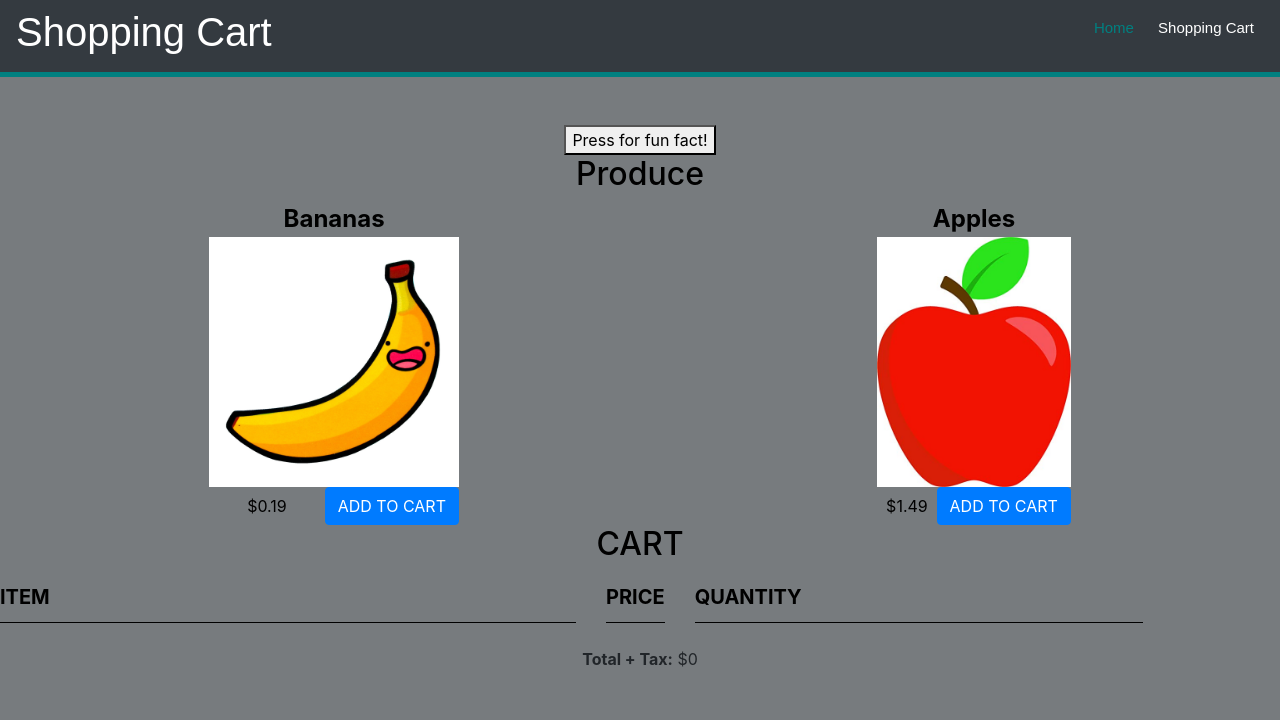
Repository: ElijahHallera/336-Internet-Prog
Page: cst336_s2020Assignment2-master/cst336_s2020Assignment2-master/shoppingcart.html
The author's editor kept a record of every edit. The page is drawn from the files as they stood at one moment, then again after the next edit.
The browser window is 1280 px wide. The pictures show the whole page.

Above is the page before.

### cst336_s2020Assignment2-master/cst336_s2020Assignment2-master/shoppingcart.html
<!DOCTYPE html>
<html>
    <head>
        <meta charset = "utf-8">
        <title>Project 2</title>
        <link href="https://stackpath.bootstrapcdn.com/bootstrap/4.4.1/css/bootstrap.min.css"
        rel="stylesheet"
        integrity="sha384-Vkoo8x4CGsO3+Hhxv8T/Q5PaXtkKtu6ug5TOeNV6gBiFeWPGFN9MuhOf23Q9Ifjh"
        crossorigin="anonymous">
        <link href="https://fonts.googleapis.com/css?family=Raleway&display=swap" rel="stylesheet">
        <script src="https://ajax.aspnetcdn.com/ajax/jQuery/jquery-3.4.1.min.js"></script>
        <script src = "https://cdnjs.cloudflare.com/ajax/libs/underscore.js/1.9.1/underscore-min.js"></script>
        <link href = "css/app.css" rel = "stylesheet" type = "text/css">
        <script src = "js/javascript.js" async></script>
    </head>

    <body class = "text-center">
        <header id = "shoppingHEADER">
            <nav class="navbar navbar-dark bg-dark">
              <h1> Shopping Cart </h1>
                    <ul>
                        <li> <a href = "index.html" class = "shoppingA"> Home </a> </li>
                        <li> <a href = "shoppingcart.html" id = "currentPage" class = "shoppingA"> Shopping Cart </a> </li>
                    </ul>
            </nav>
        </header>
		</br>
		</br>

		<button id = "fun-fact"> Press for fun fact! </button>

        <section>
            <h2>Produce</h2>
            <div class="items">
            <div>
                <span class="title">Bananas</span>
                <img class="food_image" src="images/banana-sticker.jpg">
                <div class="details">
                    <span class="shop_price">$0.19</span>
                    <button class="btn btn-primary shop_button" type="button">ADD TO CART</button>
            </div>

            </div>
            <div>
                <span class="title">Apples</span>
                <img class="food_image" src="images/Apple.jpg">
                <div class="details">
                    <span class="shop_price">$1.49</span>
                    <button class="btn btn-primary shop_button" type="button">ADD TO CART</button>
                </div>
            </div>
            </div>
        </section>

        <section>
            <h2>CART</h2>
            <div class="list">
                <span class="cart-item cart-header cart-column">ITEM</span>
                <span class="cart-price cart-header cart-column">PRICE</span>
                <span class="cart-quantity cart-header cart-column">QUANTITY</span>
            </div>
            <div class="cart-items">
            </div>
            </br>
            <div class="cart-total">
                <strong class="cart-total-title">Total + Tax:</strong>
                <span class="total-price">$0</span>
            </div>
            </br>
            </br>
        </section>

    </body>
</html>

### cst336_s2020Assignment2-master/cst336_s2020Assignment2-master/css/app.css
body{
    background-color: #777B7E;
}

h2{
    color: black;
}

h5{
    font-family: "Montserrat", sans-serif;
    color: black;
    font-size: 50px;
}

p{
    font-family: "Montserrat", sans-serif;
    font-size: 20px;
    color: black;
}

header {
    color: white;
    font-family: "Montserrat", sans-serif;
    font-size: 15px;
    justify-content: space-between;
    align-items: center;
    border-bottom: 5px solid #86C232;
}

nav li:hover{ /*pseudo class*/
    font-size: 1.10em;
    transition: .9s; /* transition effect */
}

li {
    list-style: none; /*gets rid of bullet points*/
    display: inline-block; /* allows me to get horizontal tabs */
    padding-left: 10px;
    padding-right: 10px;
}

a { /* links within "nav" container */
    font-size: 1em;
    color: #86C232; /* by default, links are blue */
    border-radius: 15px;
    justify-content: space-between;
}

.shoppingA{
    font-size: 1em;
    color: teal; /* by default, links are blue */
    border-radius: 15px;
    justify-content: space-between;
}

.homeA{
    font-size: 1em;
    color: red; /* by default, links are blue */
    border-radius: 15px;
    justify-content: space-between;
}

.flex-container {
	display: flex;
	flex-wrap: wrap;
	flex-direction: row;
	justify-content: center;
}

.flex-item {
	width: 25%;
	margin: 10px;
}

.flex-item > img {
	width: 50%;
}

.shop-item {
    margin: 30px;
}

.title {
    display: block;
    width: 100%;
    text-align: center;
    font-weight: bold;
    font-size: 1.5em;
    color: black;
}

.food_image { /* makes each image the same height */
    height: 250px;
}

.details {
    display: flex;
    align-items: center;
}

.shop_price { /* makes price black */
    flex-grow: 1;
    color: black;
}

.items { /* puts the items next to eachother */
    display: flex;
    flex-wrap: wrap;
    justify-content: space-around;
}

.cart-header {
    font-weight: bold;
    font-size: 1.25em;
    color: black;
}

.cart-column {
    display: flex;
    align-items: center;
    border-bottom: 1px solid black;
    margin-right: 1.5em;
    padding-bottom: 10px;
    margin-top: 10px;
}

.list { /* puts the items in a column */
    display: flex;
}

.cart-item {
    width: 45%;
}

.cart-quantity {
    width: 35%;
}

.cart-item-image { /*makes image smaller in cart */
    width: 75px;
    height: auto;
    border-radius: 10px;
}

.cart-total-price { /* makes the price black and increase size a bit */
    color: black;
    font-size: 1.1em;
}

#quantity{
    display: flex;
	flex-direction: row;
	align-items: center;
	justify-content: space-between;
}

#currentPage {
    font-size: 1em;
    text-decoration: none; /* removes underline */
    color: white; /* by default, links are blue */
}


#shoppingHEADER{
    color: white;
    font-family: "Montserrat", sans-serif;
    font-size: 15px;
    justify-content: space-between;
    align-items: center;
    border-bottom: 5px solid teal;
}

#homeHEADER{
    color: white;
    font-family: "Montserrat", sans-serif;
    font-size: 15px;
    justify-content: space-between;
    align-items: center;
    border-bottom: 5px solid red;
}

### cst336_s2020Assignment2-master/cst336_s2020Assignment2-master/js/javascript.js
$("#banana-fact").on('click', function(){
	$(this).html("A green banana has very high starch content – as the fruit yellows, this starch turns into sugars.");
	$(this).css("background-color", "yellow");
	$(this).css("color", "black");
});

$("#apple-fact").on('click', function(){
	$(this).html(" If you’ve ever wondered why apples float it’s because they’re 25 percent air, giving us the ability to bob for apples in a barrel of water.");
	$(this).css("background-color", "red");
});


if (document.readyState == 'loading') {
    document.addEventListener('DOMContentLoaded', ready);
} else {
    ready();
}

function ready() {
    var Inputs = document.getElementsByClassName('cart-input');
    for (var i = 0; i < Inputs.length; i++) {
        var input = Inputs[i];
        input.addEventListener('change', Changed);
    }

    var addToCart = document.getElementsByClassName('shop_button');
    for (var i = 0; i < addToCart.length; i++) {
        var button = addToCart[i];
        button.addEventListener('click', Clicked);
    }
}

function Changed(event) {
    var input = event.target;
    if (isNaN(input.value) || input.value <= -1) {
        input.value = 1;
    }
    update();
}

function Clicked(event) {
    var button = event.target;
    var shopItem = button.parentElement.parentElement;
    var title = shopItem.getElementsByClassName('title')[0].innerText;
    var price = shopItem.getElementsByClassName('shop_price')[0].innerText;
    var imageSrc = shopItem.getElementsByClassName('food_image')[0].src;
    addCart(title, price, imageSrc);
    update();
}

function addCart(title, price, imageSrc) {
    var cartRow = document.createElement('div');
    cartRow.classList.add('list');
    var cartItems = document.getElementsByClassName('cart-items')[0];
    var Items = cartItems.getElementsByClassName('item-title');
    for (var i = 0; i < Items.length; i++) {
        if (Items[i].innerText == title) {
            alert('This item is already added to the cart');
            return;
        }
    }

    var cartContents = ` <div class="cart-item cart-column"> <img class="item-image" src="${imageSrc}" width="100" height="100">
                         <span class="item-title">${title}</span></div> <span class="cart-price cart-column">${price}</span>
                         <div class="cart-quantity cart-column"> <input class="cart-input" type="number" value="1"></div>`;
    cartRow.innerHTML = cartContents;
    cartItems.append(cartRow);
    cartRow.getElementsByClassName('cart-input')[0].addEventListener('change', Changed);
}

function update() {
    var cartItemContainer = document.getElementsByClassName('cart-items')[0];
    var cartRows = cartItemContainer.getElementsByClassName('list');
    var total = 0;
    for (var i = 0; i < cartRows.length; i++) {
        var cartRow = cartRows[i];
        var priceElement = cartRow.getElementsByClassName('cart-price')[0];
        var quantityElement = cartRow.getElementsByClassName('cart-input')[0];
        var price = parseFloat(priceElement.innerText.replace('$', ''));
        var quantity = quantityElement.value;
        total = total + ((price * quantity) + ((price * quantity) *.0875));
    }
    total = Math.round(total * 100) / 100;
    document.getElementsByClassName('total-price')[0].innerText = '$' + total;
}

After the next edit:
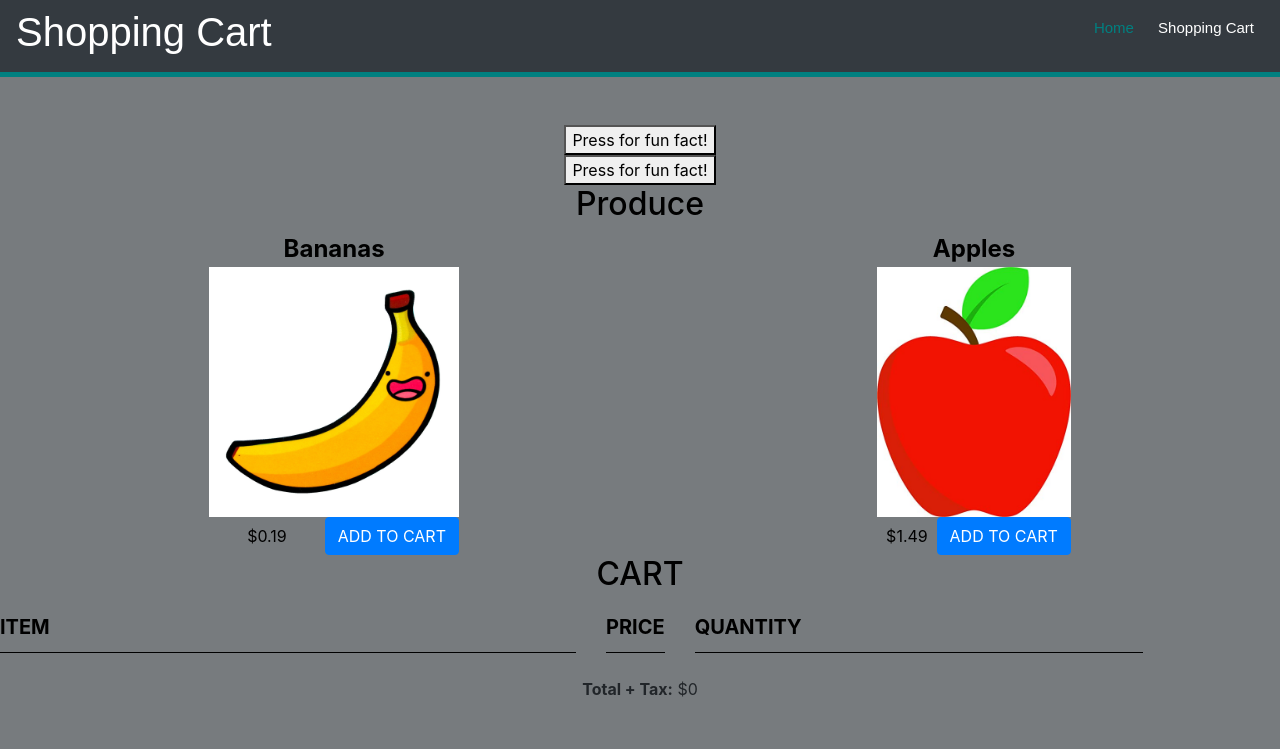
The edit:
--- a/cst336_s2020Assignment2-master/cst336_s2020Assignment2-master/shoppingcart.html
+++ b/cst336_s2020Assignment2-master/cst336_s2020Assignment2-master/shoppingcart.html
@@ -28,8 +28,10 @@
 		</br>
 
 		<button id = "fun-fact"> Press for fun fact! </button>
-
+		</br>
         <section>
+            <button id = "fun-fact"> Press for fun fact! </button>
+		    </br>
             <h2>Produce</h2>
             <div class="items">
             <div>
